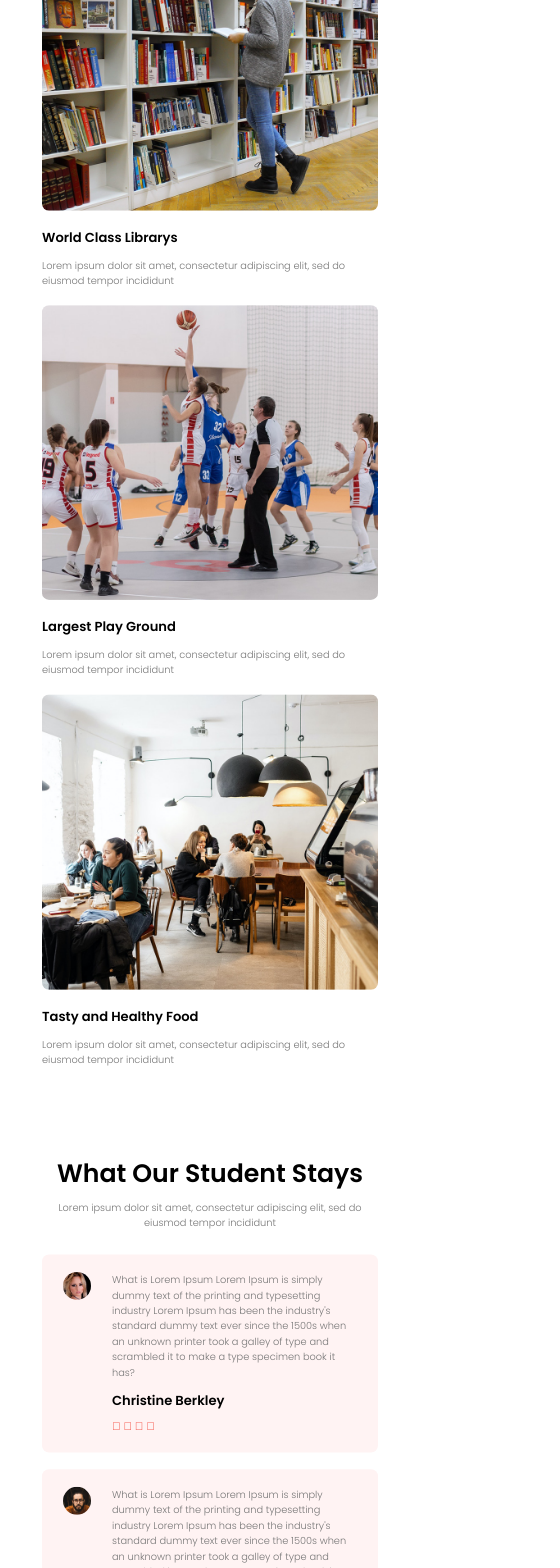
Repository: dewaary/company-profile
Page: index.html
These files come from the project's save history. The page is drawn as it stood at one moment and after the next save; the edit follows.
The browser window is 600 px wide. The page is 800 px wide, so the pictures cover 800 px, including what lies to the right of the window. The pictures show the part of the page from y = 4260 to 6500 px (the page is 6666 px tall before and 6622 px after), at 70% of full size.

Above is the page before, as saved 2021-05-07 22:27:46.

After the next save:
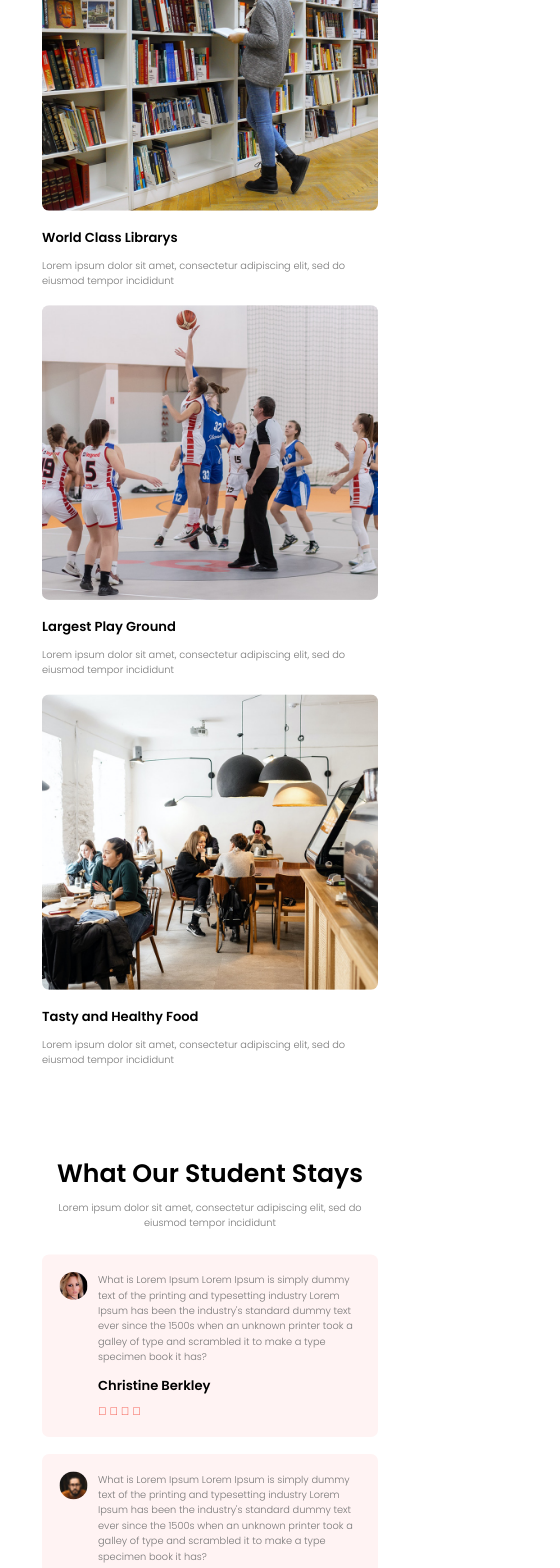
Saved 72 s later.
--- a/style.css
+++ b/style.css
@@ -303,3 +303,10 @@ h3 {
 .testimonials-col .fa{
   color: #f44336;
 }
+
+@media(max-width: 700px){
+  .testimonials-col img{
+    margin-left: 0px;
+    margin-right: 15px;
+  }
+}
